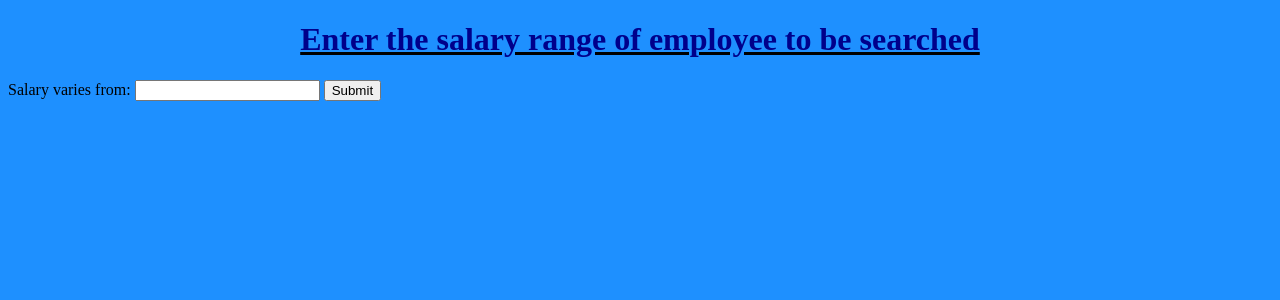
Repository: kimchiLover/BackupProjectsOnPC
Page: eclipse-oauth/ManageEmpApp/WebContent/searchEmployeeBySalaryRange.html
These files come from the project's save history. The page is drawn as it stood at one moment and after the next save; the edit follows.
The browser window is 1280 px wide. The pictures show the whole page.

Above is the page before, as saved 2019-07-18 11:13:52.

After the next save:
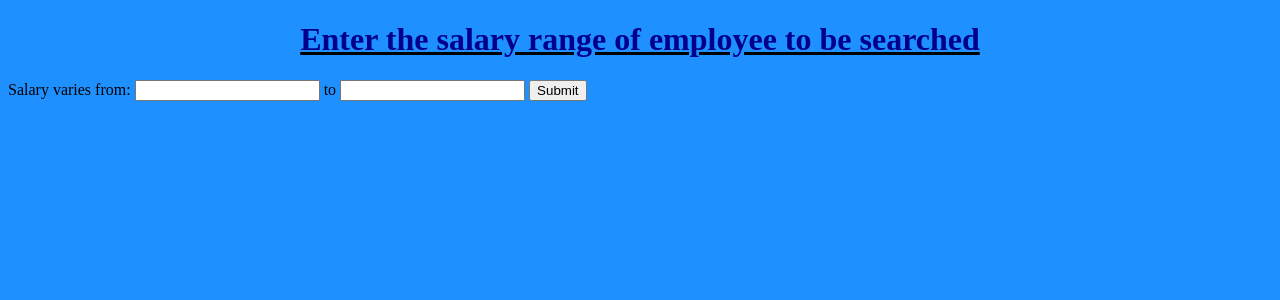
Saved 47 s later.
--- a/eclipse-oauth/ManageEmpApp/WebContent/searchEmployeeBySalaryRange.html
+++ b/eclipse-oauth/ManageEmpApp/WebContent/searchEmployeeBySalaryRange.html
@@ -12,7 +12,7 @@
 
 <form action="searchSalary">
 
-  Salary varies from: <input type="text" name="name">
+  Salary varies from: <input type="text" name="name"> to <input type="text" name="name">
 
   <input type="submit" value="Submit">
 
